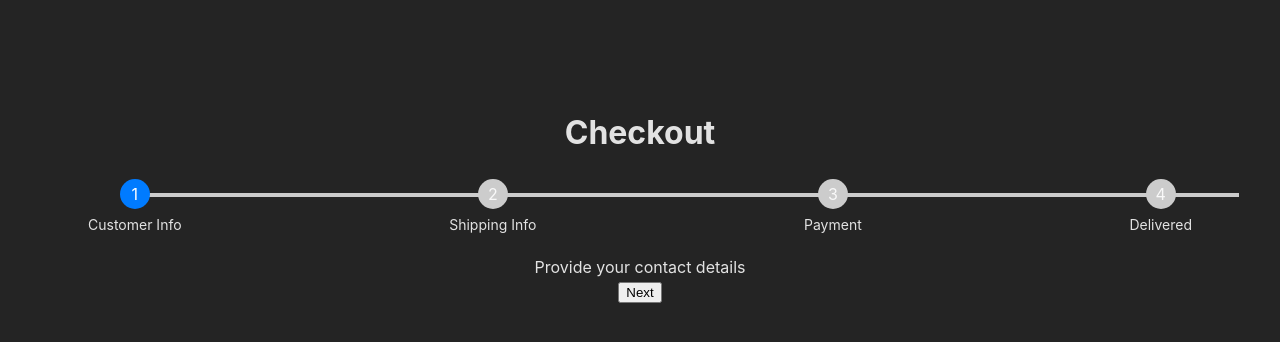
Repository: s-babaeizadeh/stepper-react
Page: /
These files come from the project's save history. The page is drawn as it stood at one moment and after the next save; the edit follows.
The browser window is 1280 px wide. The pictures show the whole page.
The project was rebuilt for these pictures with package versions that can differ from the ones it lists, and the page was loaded fresh each time. Also part of the build but not shown: vite.config.js.

Above is the page before, as saved 2024-08-10 12:26:33.

After the next save:
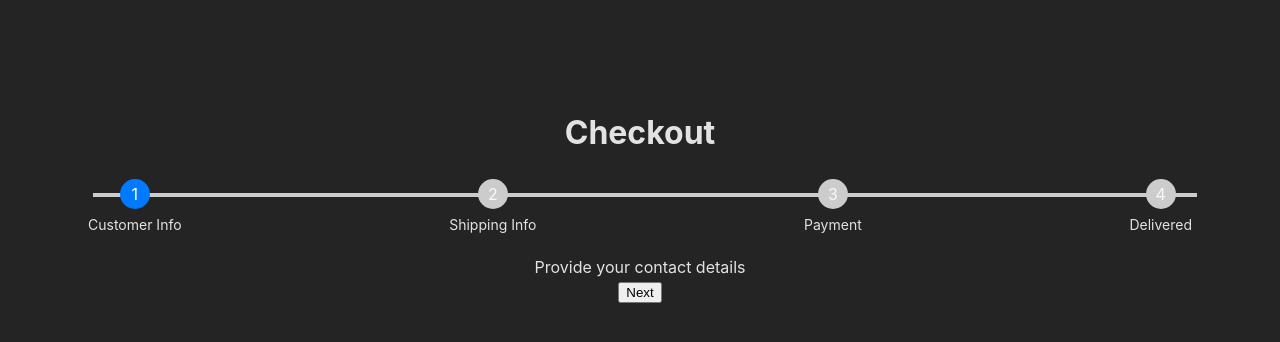
Saved 8 s later.
--- a/src/components/CheckoutSteeper.jsx
+++ b/src/components/CheckoutSteeper.jsx
@@ -13,7 +13,7 @@ const CheckoutStepper = ({ stepsConfig = [] }) => {
 
   useEffect(() => {
     setMargins({
-      marginLeft: stepRef.current[0].offsetWidth / 2,
+      marginLeft: stepRef.current[0].offsetWidth / 20,
       marginRight: stepRef.current[stepsConfig.length - 1].offsetWidth / 2,
     });
   }, [stepRef, stepsConfig.length]);
